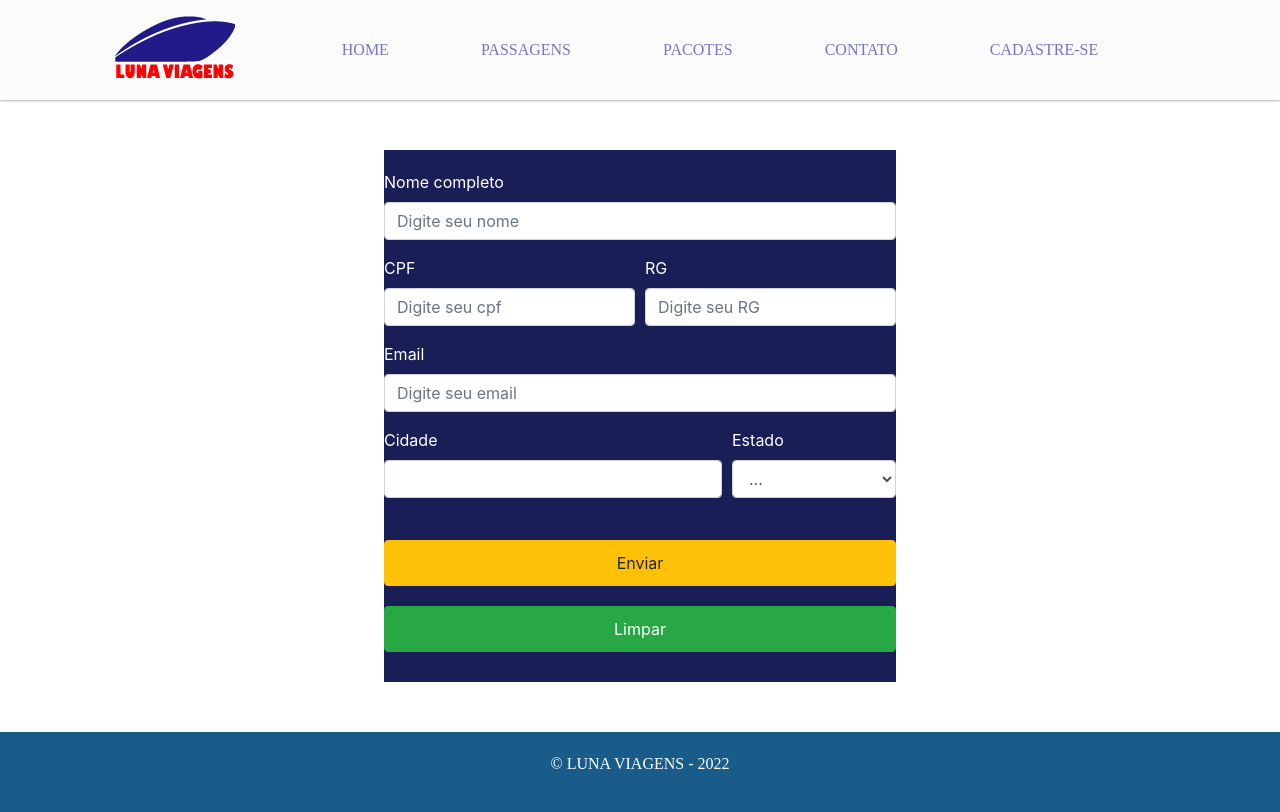
Repository: WashMarvin/Agencia-de-viagens-Luna
Page: Banco de Dados/Luna Viagens/src/main/webapp/cadastro.html
The author's editor kept a copy of each file at every save. The page is drawn from the files as they stood at one save, then again after the next save.
The browser window is 1280 px wide. The pictures show the whole page.
Some web fonts or font styles are not loaded; a fallback is used.

Above is the page before, as saved 2022-02-14 17:31:29.

### Banco de Dados/Luna Viagens/src/main/webapp/cadastro.html
<!DOCTYPE html>
<html lang="pt-br">
<head>
  <meta charset="UTF-8">
  <meta http-equiv="X-UA-Compatible" content="IE=edge">
  <meta name="viewport" content="width=device-width, initial-scale=1.0">
  <link rel="stylesheet" href="https://stackpath.bootstrapcdn.com/bootstrap/4.1.3/css/bootstrap.min.css"
   integrity="sha384-MCw98/SFnGE8fJT3GXwEOngsV7Zt27NXFoaoApmYm81iuXoPkFOJwJ8ERdknLPMO" crossorigin="anonymous">
  <link type="text/css" rel="stylesheet" href="estilo.css">
  <title>Cadastro</title>
</head>

<body>
    <div class="header-menu">
      <div class="container">
        <div class="header-logo">
          <a href="index.html"><img src="./img/logo.png" alt="img_logo"></a>
        </div>
        <div class="header-nav-menu">
          <ul class="nav justify-content-center">
            <li class="nav-item">
              <a class="nav-link" href="index.html">Home</a>
            </li>
            <li class="nav-item">
              <a class="nav-link" href="passagens.html">Passagens</a>
            </li>
            <li class="nav-item">
              <a class="nav-link" href="pacotes.html">Pacotes</a>
            </li>
            <li class="nav-item">
              <a class="nav-link" href="contato.html">Contato</a>
            </li>
            <li class="nav-item">
              <a class="nav-link" href="cadastro.html">Cadastre-se</a>
            </li>
          </ul>
        </div>
      </div>
    </div>
  <section>
    <main>
      <div class="formulario">
        <form>
          <div class="form-group">
            <label for="inputNome">Nome completo</label>
            <input type="text" class="form-control" id="inputNome" placeholder="Digite seu nome">
          </div>
          <div class="form-row">
            <div class="form-group col-md-6">
              <label for="inputCpf">CPF</label>
              <input type="email" class="form-control" id="inputCpf" placeholder="Digite seu cpf">
            </div>
            <div class="form-group col-md-6">
              <label for="inputRg">RG</label>
              <input type="password" class="form-control" id="inputRg" placeholder="Digite seu RG">
            </div>
          </div>
          <div class="form-group">
            <label for="inputEmail">Email</label>
            <input type="text" class="form-control" id="inputEmail" placeholder="Digite seu email">
          </div>
          <div class="form-row">
            <div class="form-group col-md-8">
              <label for="inputCity">Cidade</label>
              <input type="text" class="form-control" id="inputCity">
            </div>
            <div class="form-group col-md-4">
              <label for="inputEstado">Estado</label>
              <select id="inputEstado" class="form-control">
                <option>...</option>
                <option value="AC">Acre</option>
                <option value="AL">Alagoas</option>
                <option value="AP">Amapá</option>
                <option value="AM">Amazonas</option>
                <option value="BA">Bahia</option>
                <option value="CE">Ceará</option>
                <option value="DF">Distrito Federal</option>
                <option value="ES">Espírito Santo</option>
                <option value="GO">Goiás</option>
                <option value="MA">Maranhão</option>
                <option value="MT">Mato Grosso</option>
                <option value="MS">Mato Grosso do Sul</option>
                <option value="MG">Minas Gerais</option>
                <option value="PA">Pará</option>
                <option value="PB">Paraíba</option>
                <option value="PR">Paraná</option>
                <option value="PE">Pernambuco</option>
                <option value="PI">Piauí</option>
                <option value="RJ">Rio de Janeiro</option>
                <option value="RN">Rio Grande do Norte</option>
                <option value="RS">Rio Grande do Sul</option>
                <option value="RO">Rondônia</option>
                <option value="RR">Roraima</option>
                <option value="SC">Santa Catarina</option>
                <option value="SP">São Paulo</option>
                <option value="SE">Sergipe</option>
                <option value="TO">Tocantins</option>
                <option value="EX">Estrangeiro</option>
              </select>
            </div>
          </div>
          <div class="form-group">
          </div>
          <div><button type="submit" class="btn btn-warning">Enviar</button></div>
          <div><button type="reset" class="btn btn-success">Limpar</button></div>
        </form>
      </div>
    </main>
  </section>
  <footer>
    <div class="footer">
      <p>&copy; LUNA VIAGENS - 2022</p>
    </div>
  </footer>
  <script src="https://code.jquery.com/jquery-3.3.1.slim.min.js"
    integrity="sha384-q8i/X+965DzO0rT7abK41JStQIAqVgRVzpbzo5smXKp4YfRvH+8abtTE1Pi6jizo"
    crossorigin="anonymous"></script>
  <script src="https://cdnjs.cloudflare.com/ajax/libs/popper.js/1.14.3/umd/popper.min.js"
    integrity="sha384-ZMP7rVo3mIykV+2+9J3UJ46jBk0WLaUAdn689aCwoqbBJiSnjAK/l8WvCWPIPm49"
    crossorigin="anonymous"></script>
  <script src="https://stackpath.bootstrapcdn.com/bootstrap/4.1.3/js/bootstrap.min.js"
    integrity="sha384-ChfqqxuZUCnJSK3+MXmPNIyE6ZbWh2IMqE241rYiqJxyMiZ6OW/JmZQ5stwEULTy"
    crossorigin="anonymous"></script>

</body>

</html>

### Banco de Dados/Luna Viagens/src/main/webapp/estilo.css
@charset "ISO-8859-1";

@import url('https://fonts.googleapis.com/css2?family=Baloo+Da+2:wght@500;600&family=Josefin+Sans:wght@700&family=Mulish:wght@300;400&display=swap');

html body {
    margin: 0;
    padding: 0;

}

header {
    width: 100%;
    overflow: hidden;
}

.container {
    margin: 0 auto;
    display: flex;
    align-items: center;
    justify-content: space-between;
}

.header-menu {
    display: flex;
    /*background: rgba(8, 8, 71, 0.164);*/
    align-items: center;
    background: rgba(229, 226, 226, 0.151);
    box-shadow: 0 0 3px 0 rgb(121, 118, 118);
}

.header-nav-menu {
    margin: 0 auto;

}

.header-menu ul li a {
    justify-content: space-evenly;
    margin: 30px;
    font-family: "Josefin Sans", serif;
    font-size: 1rem;
    color: rgb(121, 116, 199);
    text-transform: uppercase;
}

.header-menu ul li a:hover {
    color: rgb(198, 196, 228);
}

.header-central{
    display: grid;
    justify-content: space-between;
    align-items: center;
    float: left;
    width: 70%;
}

.header-logo {
    margin-left: 20px;
    padding: 10px;
}

.choice {
    display: grid;
    width: 100%;
    grid-template-columns: 2fr 1fr 2fr;
    grid-template-rows: 1fr 1fr 1fr;
    border-bottom: 10px solid #195c89;;
}

.info1 {
    grid-column: 1/4;
    grid-row: 1/2;
    margin: 20px auto;
    font-family: "Josefin Sans";
    font-size: 2rem;
    color: #195c89;
}

.info-button1 {
    grid-column: 1/2;
    grid-row: 2/3;
    margin: 0 auto;

}

.info-button1 button {
    width: 18rem;
    padding: 1rem;
    font-family: "Baloo Da 2";
    font-size: 1.5rem;
    color: white;
    border-radius: 2rem;
    background: #fa8571;
    border: none;
    box-shadow: 1px 2px 5px #0000006c;
    outline: none;
}

.info-button1 a {
    color: white;
    text-decoration: none;
}

.info-button1 button:hover {
    background-color: #db4a31;
}

.info2 {
    grid-column: 2/3;
    grid-row: 2/3;
    margin: 0 auto;
    padding: 20px;
    font-family: "Josefin Sans";
    font-size: 1.5rem;
    color: #195c89;
}

.info-button2 {
    grid-column: 3/4;
    grid-row: 2/3;
    margin: 0 auto;
}

.info-button2 button {
    width: 18rem;
    padding: 1rem;
    font-family: "Baloo Da 2";
    font-size: 1.5rem;
    color: white;
    border-radius: 2rem;
    background: #fa8571;
    border: none;
    box-shadow: 1px 2px 5px #0000006c;
    outline: none;
}

.info-button2 a {
    color: white;
    text-decoration: none;
}


.info-button2 button:hover {
    background-color: #db4a31;
}


.info3 {
    grid-column: 1/4;
    grid-row: 3/4;
    margin: 0 auto;
    font-family: "Josefin Sans";
    font-size: 2rem;
    color: #195c89;
}

.info3 h3 {
    padding: 20px 20px;
}

/*
.header-img-central {
    margin: 0;
    padding: 0;
    background-image: url("");
    background-position: center center;
    background-repeat: no-repeat;
    opacity: .8;
    background-size: cover;
    height: 100px;
}
*/

.header-search {
    /* background-color: rgba(8, 8, 71, 0.164);*/
    background: #195c89;
}

.form_search {
    display: grid;
    grid-template-columns: 2fr 2fr 1fr 1fr;
    grid-template-rows: 1fr 2fr 1fr;
    gap: 15px;
    flex-wrap: wrap;
    padding: 0 30px 50px;
    background: #195c89;
    border-radius: 0 0 2rem 2rem;
    color: rgb(155, 148, 148);
}

.radio {
    grid-row: 1/2;
    padding-top: 20px;
    font-size: .8rem;
    color: white;
    font-family: "Baloo Da 2" serif;
}

.radio input {
    width: 18px;
    height: 18px;
}

.rd_2 {
    margin-left: 20px;
}

.input-group-m {
    grid-column: 1/2;
    grid-row: 2/3;
    color: white;
    font-family: "Baloo Da 2" serif;


}

.input-group-n {
    grid-column: 2/3;
    grid-row: 2/3;
    color: white;
    font-family: "Baloo Da 2" serif;
}

.input-group-o {
    grid-column: 3/4;
    grid-row: 2/3;
    color: white;
    font-family: "Baloo Da 2" serif;

}

.input-group-p {
    grid-column: 4/5;
    grid-row: 2/3;
    color: white;
    font-family: "Baloo Da 2" serif;

}

.botao {
    grid-column: 1/5;
    grid-row: 3/4;
    margin: 0 auto;
    font-family: "Baloo Da 2" serif;
}

.botao button {
    width: 20rem;
    font-size: 1.5rem;
    border-radius: .5rem;
    box-shadow: 1px 2px 5px #0000006c;

}

.secao-photo h3 {
    width: 20%;
    margin: 10px 70px 0;
    padding: 15px 30px 15px;
    border-top-left-radius: .5rem;
    border-top-right-radius: .5rem;
    background-color: #a5646442;
    color: rgb(26, 30, 87);

}

.photo-img {
    display: flex;
    margin: 0 auto;
    justify-content: space-evenly;
    padding: 0 50px;
    height: 300px;
    background-color: #a5646442;
}

.photo-card {
    display: flex;
    object-fit: cover;
    margin: 20px 15px;
    width: 33%;
    background: #262626;
    justify-content: end;
    box-shadow: -5px 5px 10px rgba(0, 0, 0, .5);
}

.photo-card span {
    width: 100%;
    object-fit: cover;
    justify-content: center;
    background-color: yellow;
    padding: 10px;
    font-family: "Baloo Da 2";
    color: rgb(26, 30, 87);
}

.photo-card span h5 {
    color: red;
    font-weight: 600;
}

.photo-card img {
    opacity: .9;
}

.photo-card button {
    border-radius: 2rem;
    background-color: rgb(17, 0, 255);
    border: none;
    box-shadow: 1px 2px 5px #00000071;
    padding: 5px;
    color: white;
    font-family: "Baloo Da 2";
}

.photo-card button:hover {
    background-color: rgb(97, 88, 224);
}


.footer {

    width: 100%;
    padding: 20px;
    text-align: center;
    font-family: "Josefin Sans";
    background: #195c89;
    color: white;
    font-weight: lighter;
}


/* -- Estilos pagina de cadastro */

.fundo {
    background: #787681;
}

.formulario {
    position: relative;
    display: flex;
    margin: 50px auto;
    width: 40%;
    background: rgb(26, 30, 87);
    color: white;
}

.formulario form {
    margin: 20px auto;
}


.btn {
    margin: 10px auto;
    padding: 10px;
    width: 100%;
}

/* -- Estilos pagina de contato */

.sessao-contato {
    width: 100%;
    height: 100vh;
    background-color: #2a2738a2;
    display: flex;
    align-items: center;
    justify-content: center;
}

.contato-wrapper {
    width: 60%;
    height: 30rem;
    display: flex;
    box-shadow: 0 .5rem 1rem rgba(0, 0, 0, .2);
}

.contato-left {
    width: 35%;
    background: linear-gradient(rgba(15,15,15,0.6),rgba(22,22,22,0.9)), url(../img/contato-img.png);
    background-size: cover;
}

.contato-right {
    width: 65%;
    background: #eeee;
    padding: 1rem 3rem 3rem 3rem;
}

.sessao-contato h1 {
    width: 100%;
    text-align: center;
    font-family: "Josefin Sans";
    color: #272727;
    font-size: 3rem;
    font-weight: lighter;
}

.sessao-contato form {
    width: 100%;
    display: flex;
    flex-direction: column;
    align-items: center;

}

.field {
    background: transparent;
    border: none;
    width: 20rem;
    margin: 2rem auto;
    font-size: 1.5rem;
    font-family: "Mulish";
    border-bottom: 2px dashed #636363;
    height: 3rem;
    outline: none;

}

.input-group textarea {
    padding-top: 1rem;
    max-width: 30rem;
    max-height: 5rem;

}

.input-group{
    position: relative;
}

.field-label {
    position: absolute;
    top: 2rem;
    left: 3rem;
    font-size: 1.2rem;
    font-family: "Josefin Sans";
    text-transform: uppercase;
    transition: all 0.3s;
}

.field:focus ~ label {
    top: 0%;
    font-size: 1rem;
}

.field:focus {
    border-bottom: 1px solid;
}

.btn-submit {
    text-transform: uppercase;
    width: 100%;
    height: 2rem;
    padding: 2px;
}

/* -- Estilos pagina de passagens */

.sessao-passagem {
    margin: 0 auto;
    padding: 40px;
    width: 100%;
    height: 100%;
    align-items: center;
    justify-content: center;
}

.titulo-passagem {
    padding: 10px;
    font-family: "Josefin Sans";
    font-size: 2rem;
    color: rgb(26, 30, 87);
}

.passagem-wrapper {
    display: flex;
    width: 50%;
    padding: 30px;
    border: 1px solid blue;
    background-color: rgb(26, 30, 87);
    color: white;
}

.preco {
    padding: 15px 0;
}

.preco hr {
    border: 2px solid rgb(89, 150, 179);
}

.passagem-button {
    display: flex;
}

After the next save:
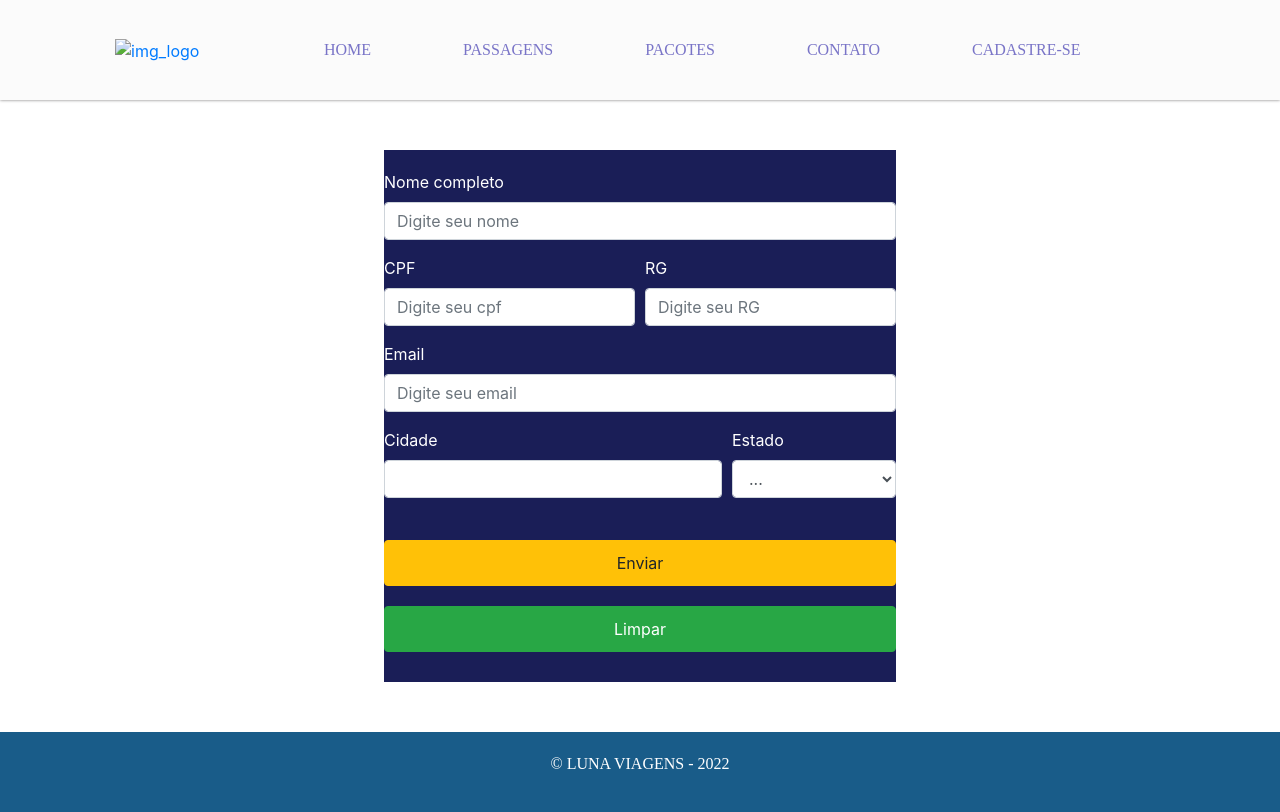
Not found: Banco de Dados/Luna Viagens/src/main/webapp/logo.png
Saved 11 min 53 s later.
--- a/Banco de Dados/Luna Viagens/src/main/webapp/cadastro.html
+++ b/Banco de Dados/Luna Viagens/src/main/webapp/cadastro.html
@@ -14,7 +14,7 @@
     <div class="header-menu">
       <div class="container">
         <div class="header-logo">
-          <a href="index.html"><img src="./img/logo.png" alt="img_logo"></a>
+          <a href="index.html"><img src="logo.png" alt="img_logo"></a>
         </div>
         <div class="header-nav-menu">
           <ul class="nav justify-content-center">

After the save that followed:
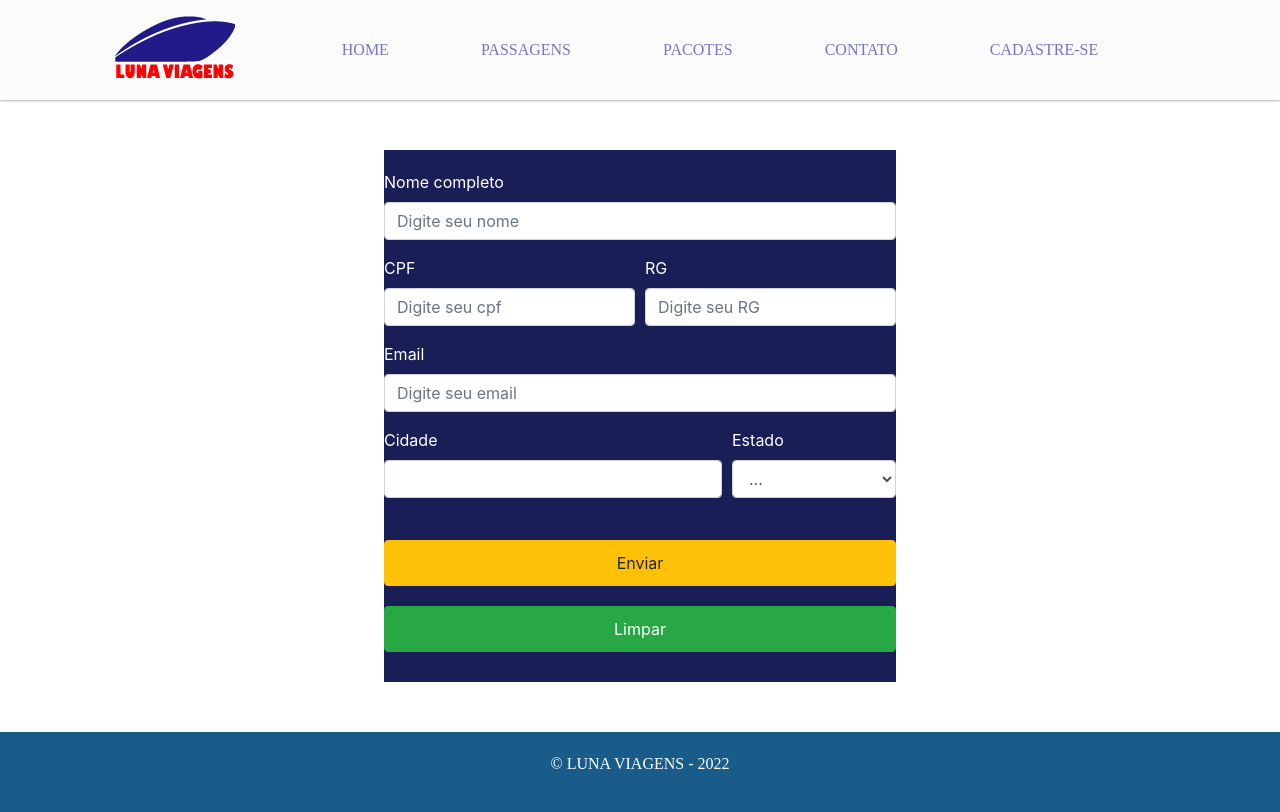
Saved 70 s later.
--- a/Banco de Dados/Luna Viagens/src/main/webapp/cadastro.html
+++ b/Banco de Dados/Luna Viagens/src/main/webapp/cadastro.html
@@ -14,7 +14,7 @@
     <div class="header-menu">
       <div class="container">
         <div class="header-logo">
-          <a href="index.html"><img src="logo.png" alt="img_logo"></a>
+          <a href="index.html"><img src="./img/logo.png" alt="img_logo"></a>
         </div>
         <div class="header-nav-menu">
           <ul class="nav justify-content-center">
